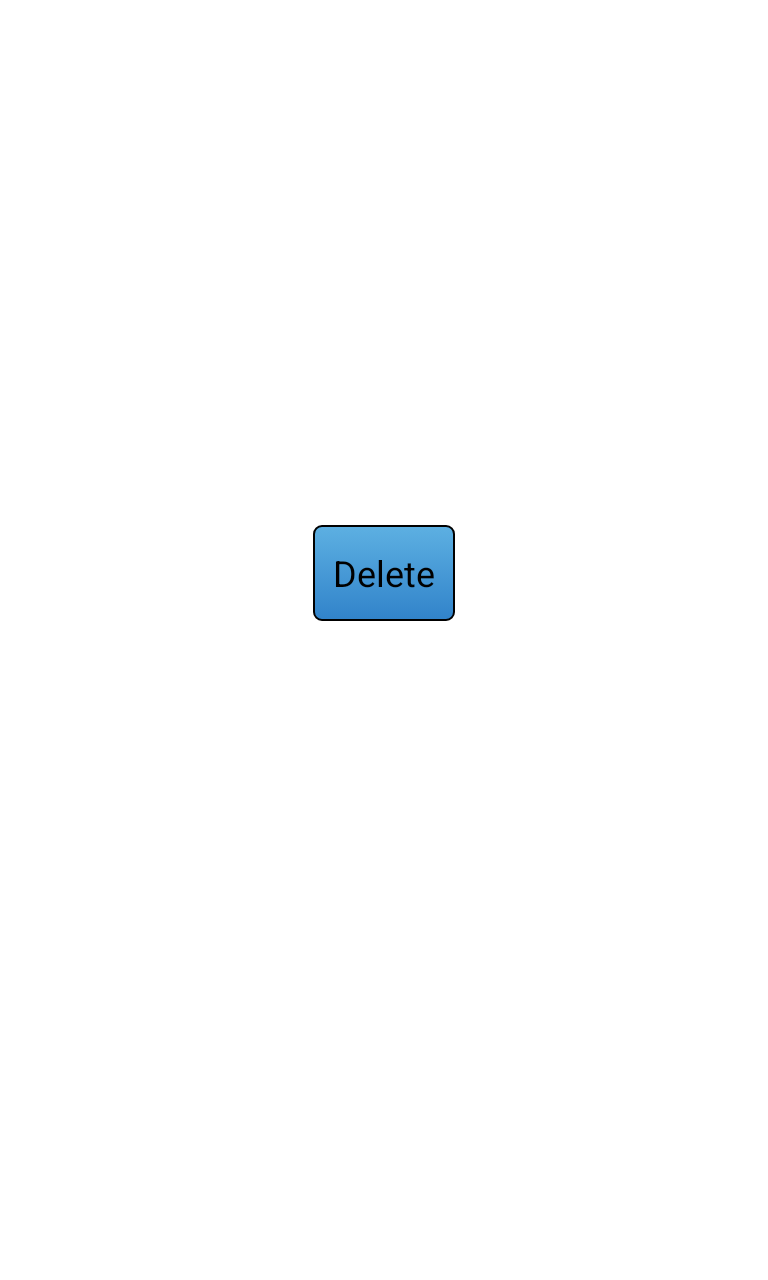
Repository: ArisKots1992/Software-Development
Layout: Anaptiksi Logismikou/Anaptiksi Logismikou/AdminClientApplication/res/layout/third_tab.xml
An editor plug-in stored every save of this project. The layout is shown before and after the next save, followed by the edit.
It is drawn on a 768 x 1280 px phone screen (xhdpi) without system bars, with theme AppTheme; the app's code is not run.

Above is the layout before, as saved 2015-01-19 16:15:11.

After the next save:
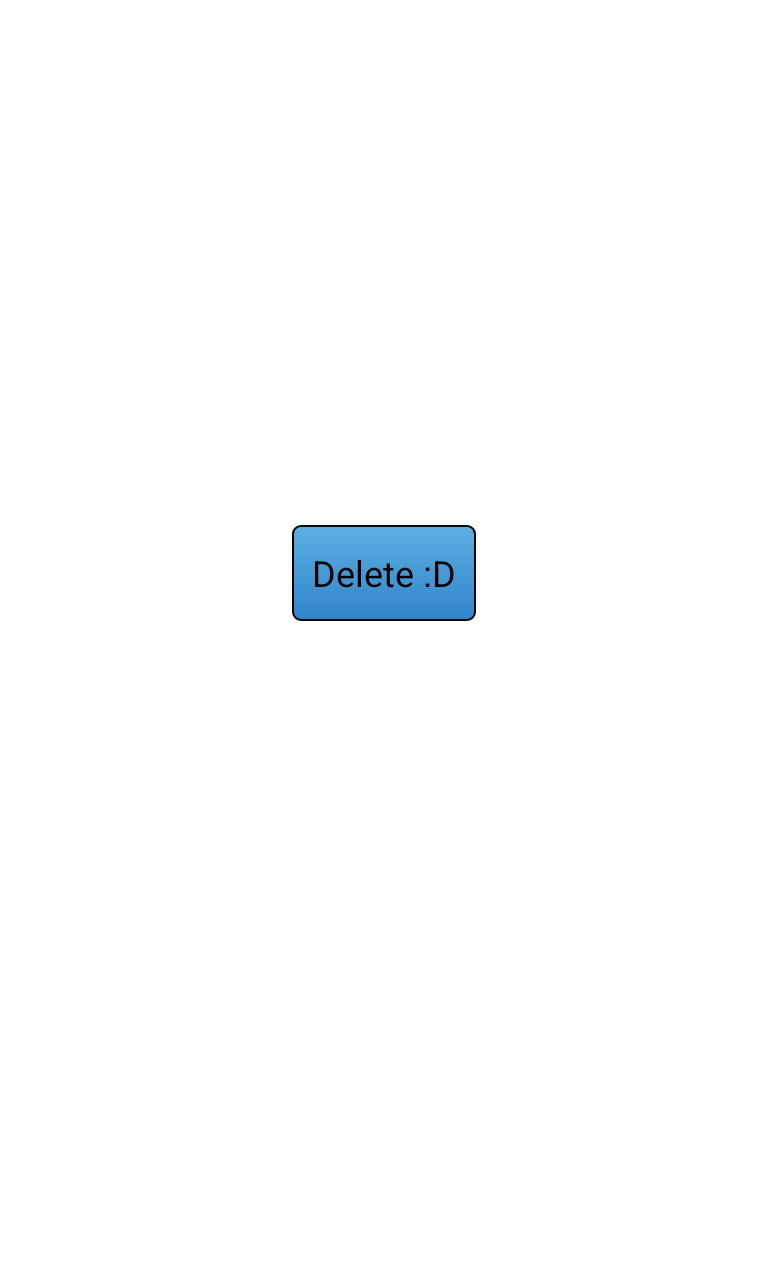
Saved 7 s later.
--- a/Anaptiksi Logismikou/Anaptiksi Logismikou/AdminClientApplication/res/layout/third_tab.xml
+++ b/Anaptiksi Logismikou/Anaptiksi Logismikou/AdminClientApplication/res/layout/third_tab.xml
@@ -9,7 +9,7 @@
         android:id="@+id/button1"
         android:layout_width="wrap_content"
         android:layout_height="wrap_content"
-        android:text="Delete"
+        android:text="Delete :D"
         android:background="@drawable/custom_button" />
 
     <TextView
